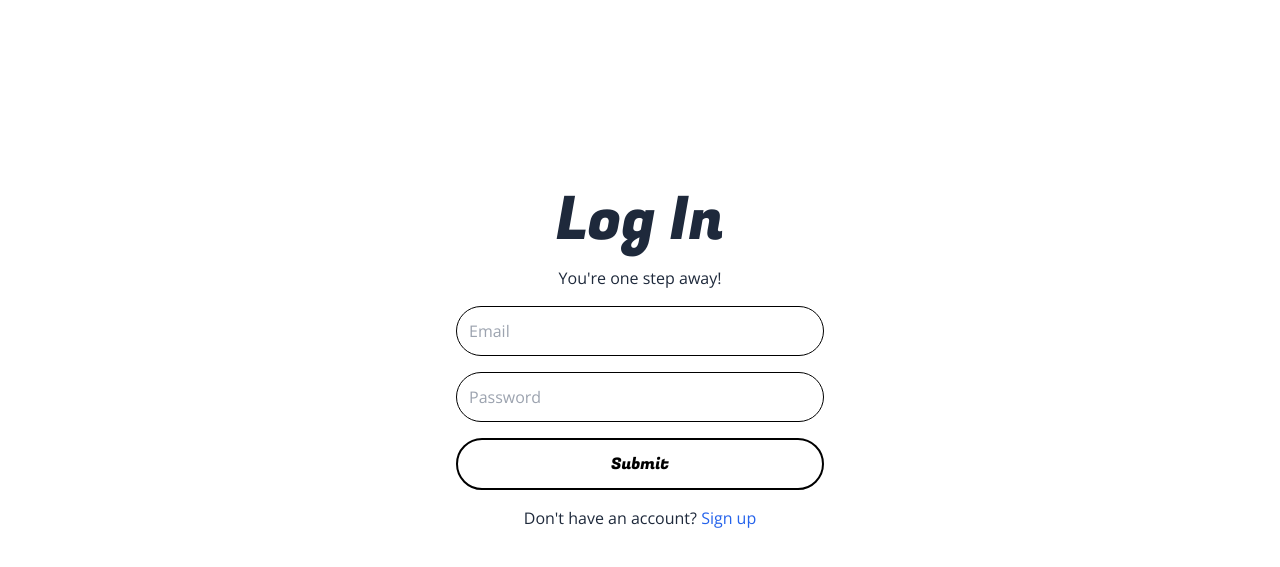
Repository: Yruamaaaa/uqac_app_test1
Page: /login
These files come from the project's save history. The page is drawn as it stood at one moment and after the next save; the edit follows.
The browser window is 1280 px wide. The pictures show the whole page.
The page's requests for data from a server got no answer. The project was rebuilt for these pictures with package versions that can differ from the ones it lists, and the page was loaded fresh each time. The framework's server and built-in components were replaced by stand-ins that run in the browser. No one was signed in, and anything a server would have sent is missing. Also part of the build but not shown: next.config.js, next.config.mjs, components/Logout.js.

Above is the page before, as saved 2025-04-05 18:31:06.

After the next save:
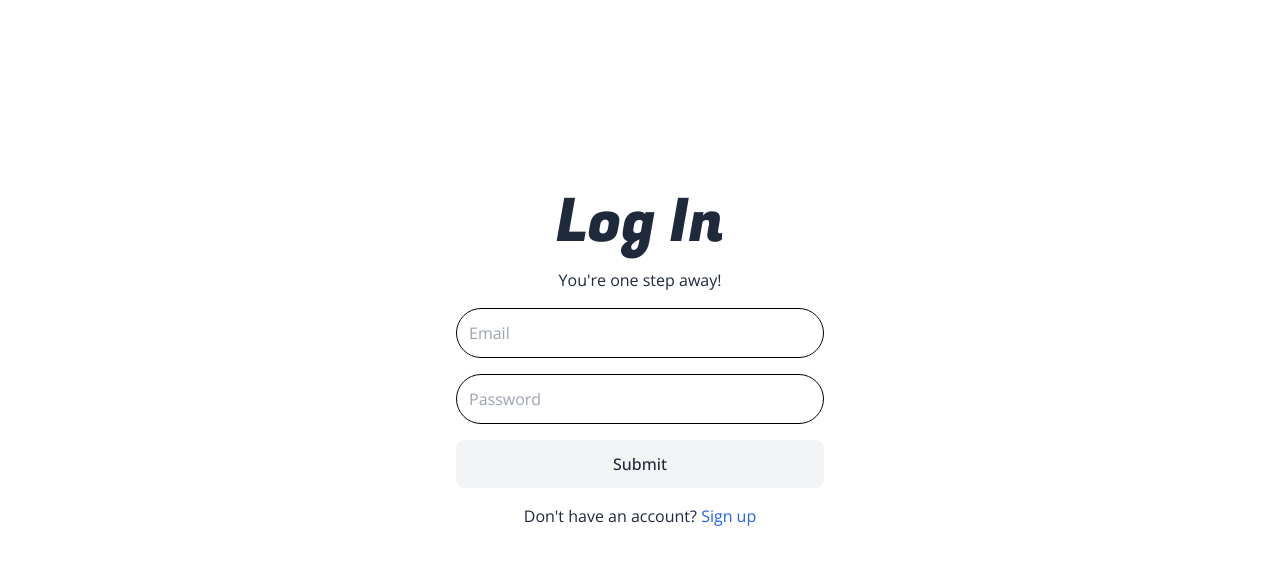
Saved 5 s later.
--- a/components/Button.js
+++ b/components/Button.js
@@ -1,22 +1,24 @@
-import { Fugaz_One } from 'next/font/google';
-import React from 'react'
+'use client'
+import Link from 'next/link'
 
-const fugaz = Fugaz_One({ subsets: ["latin"], weight: ['400'] });
+export default function Button({ text, dark = false, full = false, href, onClick }) {
+    const className = `px-6 py-3 rounded-lg font-medium transition-colors ${
+        dark
+            ? 'bg-black text-white hover:bg-gray-800'
+            : 'bg-gray-100 text-gray-800 hover:bg-gray-200'
+    } ${full ? 'w-full' : 'w-fit'}`
 
-export default function Button(props) {
-    const { text, dark, full, clickHandler, type = 'button' } = props
+    if (href) {
+        return (
+            <Link href={href} className={className}>
+                {text}
+            </Link>
+        )
+    }
 
     return (
-        <button
-            type={type}
-            onClick={clickHandler}
-            className={'rounded-full overflow-hidden duration-200 hover:opacity-60 border-2 border-solid border-black ' +
-                (dark ? ' text-white bg-black ' : ' text-black ') +
-                (full ? ' grid place-items-center w-full ' : ' ')}
-        >
-            <p className={'px-6 sm:px-10 whitespace-nowrap py-2 sm:py-3 ' + fugaz.className}>
-                {text}
-            </p>
+        <button onClick={onClick} className={className}>
+            {text}
         </button>
     )
 }
